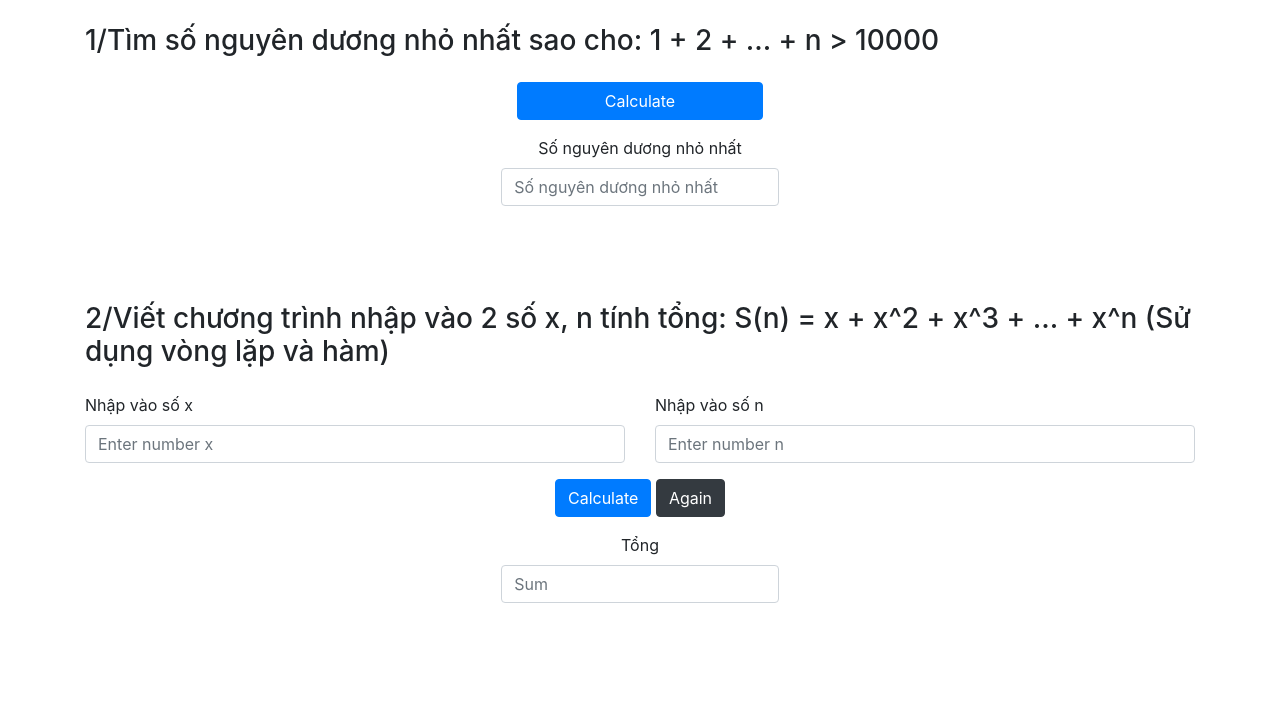
Repository: baobaodeveloper/bootcamp21__loop__HuynhAnhBao
Page: index.html
An editor plug-in stored every save of this project. The page is shown before and after the next save, followed by the edit.
The browser window is 1280 px wide. The pictures show the whole page.

Above is the page before, as saved 2022-03-16 23:28:00.

### index.html
<!DOCTYPE html>
<html lang="en">
  <head>
    <title>Exercise Js</title>
    <!-- Required meta tags -->
    <meta charset="utf-8" />
    <meta
      name="viewport"
      content="width=device-width, initial-scale=1, shrink-to-fit=no"
    />

    <!-- Bootstrap CSS -->
    <link
      rel="stylesheet"
      href="https://stackpath.bootstrapcdn.com/bootstrap/4.3.1/css/bootstrap.min.css"
      integrity="sha384-ggOyR0iXCbMQv3Xipma34MD+dH/1fQ784/j6cY/iJTQUOhcWr7x9JvoRxT2MZw1T"
      crossorigin="anonymous"
    />
  </head>
  <body>
    <!--1/Tìm số nguyên dương nhỏ nhất sao cho:
    1 + 2 + … + n > 10000-->
    <div class="container mt-4">
      <h3>1/Tìm số nguyên dương nhỏ nhất sao cho: 1 + 2 + … + n > 10000</h3>
      <div class="mb-3 flex-md-column d-flex w-25 m-auto text-center">
        <button type="button" id="min-number" class="btn btn-primary m-3">
          Calculate
        </button>
        <label class="form-label">Số nguyên dương nhỏ nhất</label>
        <input
          type="email"
          class="form-control"
          id="result1"
          placeholder="Số nguyên dương nhỏ nhất"
        />
      </div>
    </div>

    <!--2/Viết chương trình nhập vào 2 số x, n tính tổng: S(n) = x + x^2 + x^3 + … + x^n (Sử
    dụng vòng lặp và hàm)-->
    <div class="container mt-5 pt-5">
      <h3>
        2/Viết chương trình nhập vào 2 số x, n tính tổng: S(n) = x + x^2 + x^3 +
        … + x^n (Sử dụng vòng lặp và hàm)
      </h3>
      <div class="row mt-4">
        <div class="col">
          <label class="form-label">Nhập vào số x</label>
          <input
            type="text"
            class="form-control"
            placeholder="Enter number x"
            id="number-x"
          />
        </div>
        <div class="col">
          <label class="form-label">Nhập vào số n</label>
          <input
            type="text"
            class="form-control"
            placeholder="Enter number n"
            id="number-n"
          />
        </div>
      </div>

      <div class="m-3 text-center">
        <button type="button" id="calculate-sum" class="btn btn-primary">
          Calculate
        </button>
        <button type="button" id="calculate-sum-again" class="btn btn-dark">
          Again
        </button>
      </div>

      <div class="w-25 m-auto text-center">
        <label class="form-label">Tổng</label>
        <input
          type="email"
          class="form-control"
          id="result2"
          placeholder="Sum"
        />
      </div>
    </div>

    <!--3/Nhập vào n. Tính giai thừa 1*2*...n-->
    <div class="container"></div>

    <!-- Optional JavaScript -->
    <!-- jQuery first, then Popper.js, then Bootstrap JS -->
    <script
      src="https://code.jquery.com/jquery-3.3.1.slim.min.js"
      integrity="sha384-q8i/X+965DzO0rT7abK41JStQIAqVgRVzpbzo5smXKp4YfRvH+8abtTE1Pi6jizo"
      crossorigin="anonymous"
    ></script>
    <script
      src="https://cdnjs.cloudflare.com/ajax/libs/popper.js/1.14.7/umd/popper.min.js"
      integrity="sha384-UO2eT0CpHqdSJQ6hJty5KVphtPhzWj9WO1clHTMGa3JDZwrnQq4sF86dIHNDz0W1"
      crossorigin="anonymous"
    ></script>
    <script
      src="https://stackpath.bootstrapcdn.com/bootstrap/4.3.1/js/bootstrap.min.js"
      integrity="sha384-JjSmVgyd0p3pXB1rRibZUAYoIIy6OrQ6VrjIEaFf/nJGzIxFDsf4x0xIM+B07jRM"
      crossorigin="anonymous"
    ></script>

    <!-- <script src="exercise1.js"></script> -->
    <script src="exercise2.js"></script>
  </body>
</html>

### exercise2.js
const numX = document.getElementById("number-x");
const numN = document.getElementById("number-n");
const result2 = document.getElementById("result2");
document.getElementById("calculate-sum").addEventListener("click", () => {
  if (numN.value && numX.value) {
    let numXValue = +numX.value;
    let numNValue = +numN.value;
    let sum = 0;
    for (let i = 1; i <= numNValue; i++) {
      sum += numXValue ** i;
    }

    result2.value = sum;
  }
});

document.getElementById("calculate-sum-again").addEventListener("click", () => {
  numX.value = "";
  numN.value = "";
  result2.value = "";
});

After the next save:
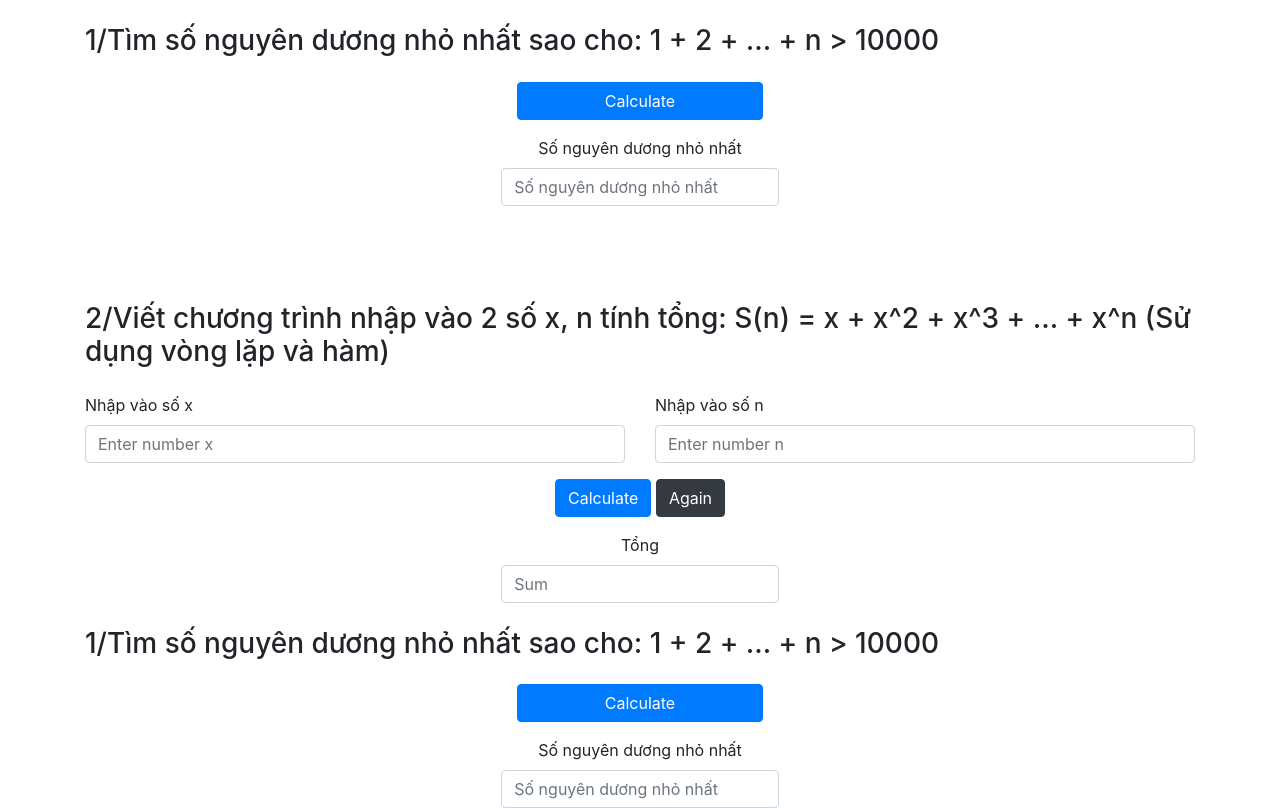
Saved 29 s later.
--- a/index.html
+++ b/index.html
@@ -85,7 +85,21 @@
     </div>
 
     <!--3/Nhập vào n. Tính giai thừa 1*2*...n-->
-    <div class="container"></div>
+    <div class="container mt-4">
+      <h3>1/Tìm số nguyên dương nhỏ nhất sao cho: 1 + 2 + … + n > 10000</h3>
+      <div class="mb-3 flex-md-column d-flex w-25 m-auto text-center">
+        <button type="button" id="min-number" class="btn btn-primary m-3">
+          Calculate
+        </button>
+        <label class="form-label">Số nguyên dương nhỏ nhất</label>
+        <input
+          type="email"
+          class="form-control"
+          id="result1"
+          placeholder="Số nguyên dương nhỏ nhất"
+        />
+      </div>
+    </div>
 
     <!-- Optional JavaScript -->
     <!-- jQuery first, then Popper.js, then Bootstrap JS -->
